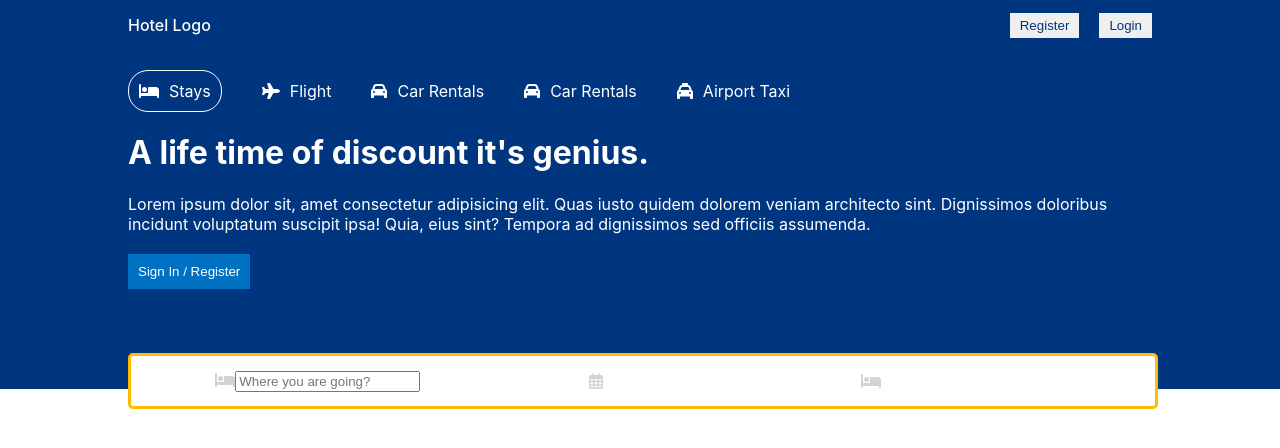
Repository: shikubro90/Booking-App
Page: /
An editor plug-in stored every save of this project. The page is shown before and after a run of saves, followed by the edit.
The browser window is 1280 px wide. The pictures show the whole page.
The project was rebuilt for these pictures with package versions that can differ from the ones it lists, and the page was loaded fresh each time. Also part of the build but not shown: src/App.css, src/pages/Hotels/Hotels.jsx. Imported but missing from the stored project, and not drawn on this page: src/pages/List/List.

Above is the page before, as saved 2022-06-29 00:31:19.

After the next 4 saves:
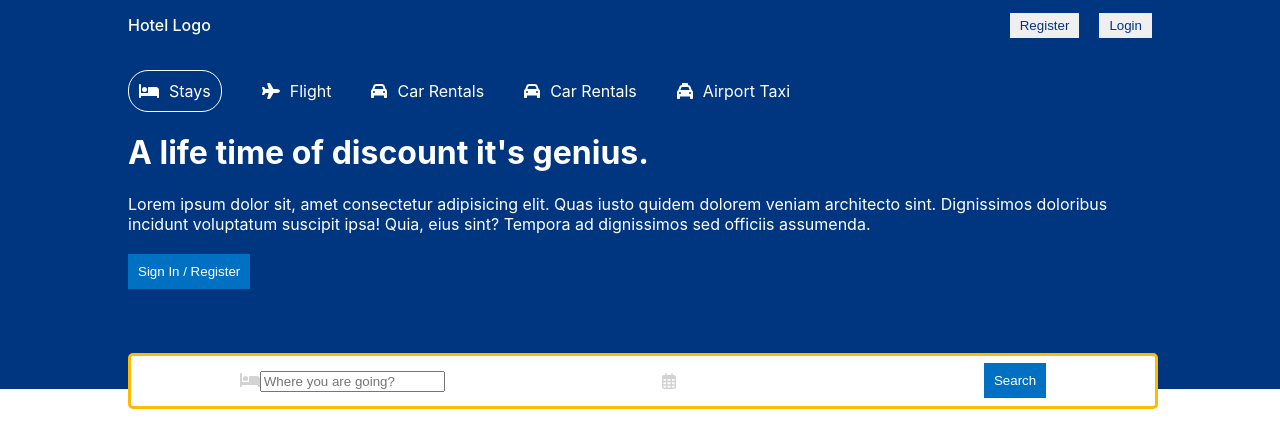
The 4 saves are shown as one change because they came seconds apart.
The last was saved 83 s later.
--- a/src/components/Header/Header.jsx
+++ b/src/components/Header/Header.jsx
@@ -51,8 +51,7 @@ const Header = () => {
                     </div>
                     {/* headerSearchItem */}
                     <div className="headerSearchItem">
-                        <FontAwesomeIcon icon={faBed} className="headerIcon" />
-                        <span className='headerSearchText'>2 adults 2 children 1room </span>
+                        <button className="headerButton">Search</button>
                     </div>
                     {/* headerSearchItem */}
                 </div>
